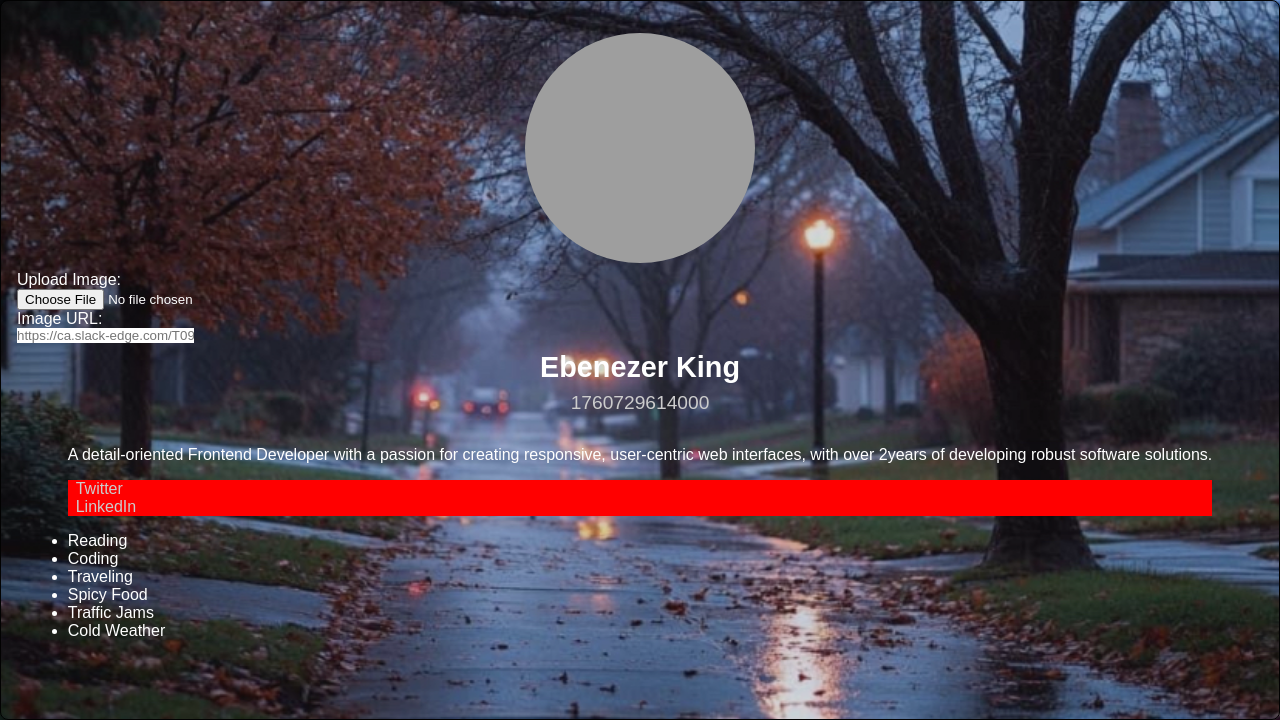
Repository: ebenezertiewei/profileCard
Page: index.html
These files come from the project's save history. The page is drawn as it stood at one moment and after the next save; the edit follows.
The browser window is 1280 px wide. The pictures show the whole page.
Pictures or frames that could not be fetched are drawn as grey boxes.

Above is the page before, as saved 2025-10-17 20:18:24.

### index.html
<!DOCTYPE html>
<html lang="en">
	<head>
		<meta charset="UTF-8" />
		<meta name="viewport" content="width=device-width, initial-scale=1.0" />
		<title>Profile Card</title>
		<link rel="stylesheet" href="style.css" />
	</head>
	<body>
		<!--------------------------------- PROFILE CARD CONTAINER ---------------------------->
		<article data-testid="test-profile-card">
			<!---------------------------------- PROFILE HEADER ---------------------------->
			<section id="profileHeader">
				<figure>
					<img
						src="https://ca.slack-edge.com/T09AMR8A9C3-U09L73CQQ2K-7e805defcf15-512"
						alt="Profile Avatar"
						data-testid="test-user-avatar"
						id="profileAvatar"
					/>
					<!-- <figcaption>Ebenezer King</figcaption> -->
				</figure>
				<section class="imageUploadMethods">
					<!-- image upload -->
					<label for="avatarUpload">Upload Image:</label>
					<input type="file" id="avatarUpload" accept="image/*" />
					<!-- image url -->
					<label for="avatarUrl">Image URL:</label>
					<input
						type="url"
						id="avatarUrl"
						placeholder="https://ca.slack-edge.com/T09AMR8A9C3-U09L73CQQ2K-7e805defcf15-512"
					/>
				</section>
				<h2 data-testid="test-user-name">Ebenezer King</h2>
				<!----------- current time----------->
				<p data-testid="test-user-time"></p>
			</section>
			<!---------------------------------- PROFILE DETAILS ---------------------------->
			<section id="profileDetails">
				<p data-testid="test-user-bio">
					A detail-oriented Frontend Developer with a passion for creating
					responsive, user-centric web interfaces, with over 2years of
					developing robust software solutions.
				</p>
				<!--------------------- social links ------------->
				<nav data-testid="test-user-social-links">
					<ul>
						<li>
							<a
								href="https://x.com/txch_king?s=11&t=o3w1r65yzU2hxbP-LDD1ug"
								target="_blank"
								rel="noopener noreferrer"
								data-testid="test-user-social-twitter"
							>
								Twitter
							</a>
						</li>
						<li>
							<a
								href="https://www.linkedin.com/in/ebenezer-t-093b21320/"
								target="_blank"
								rel="noopener noreferrer"
								data-testid="test-user-social-linkedin"
							>
								LinkedIn
							</a>
						</li>
					</ul>
				</nav>
				<!--------------------- hobbies ------------->
				<section data-testid="test-user-hobbies">
					<h2></h2>
					<ul>
						<li>Reading</li>
						<li>Coding</li>
						<li>Traveling</li>
					</ul>
				</section>
				<!--------------------- dislikes ------------->
				<section data-testid="test-user-dislikes">
					<ul>
						<li>Spicy Food</li>
						<li>Traffic Jams</li>
						<li>Cold Weather</li>
					</ul>
				</section>
			</section>
		</article>

		<!-- javascript link -->
		<script src="script.js"></script>
	</body>
</html>

### style.css
/* ---------------------------------------------------------------- */
/*--------------- Project body general style ---------------*/
html {
	height: 100dvh;
	width: 100dvw;
	font-family: Arial, sans-serif;
	font-size: 1rem;
	font-weight: 400;
}
body {
	background-color: #605a5a;
	background-image: url("./assets/states.jpg");
	background-size: cover;
	background-position: center;
	background-repeat: no-repeat;
	height: 100%;
	width: 100%;
}
* {
	padding: 0;
	margin: 0;
	border: 0;
	box-sizing: border-box;
}

/*--------------------------MOBILE WORKFLOW---------------------*/
/*--------------profile card container -------------------*/
article[data-testid="test-profile-card"] {
	height: 100%;
	width: 100%;
	padding: 1rem;
	background-color: rgba(61, 58, 58, 0.2);
	color: white;
	display: flex;
	flex-direction: column;
	align-items: center;
	border: 1px solid #020202;
	border-radius: 8px;
	box-shadow: 0 2px 4px rgba(0, 0, 0, 0.1);
}

/*-------------  PROFILE HEADER  -------------*/
#profileHeader {
	width: 100%;
	display: flex;
	flex-direction: column;
	padding: 1rem 0;
	/* background-color: orange; */
}
#profileHeader figure {
	display: flex;
	flex-direction: column;
	align-items: center;
	margin-bottom: 0.5rem;
}
/*------------- profile header image -------------*/
#profileHeader img {
	border-radius: 50%;
	width: 230px;
	height: 230px;
	object-fit: cover;
}
/* -------------imageUploadMethods------------ */
.imageUploadMethods {
	display: flex;
	flex-direction: column;
	align-items: start;
}
/*--------------profile name --------------*/
#profileHeader h2 {
	display: flex;
	justify-content: center;
	margin: 0.5rem 0;
	font-size: 1.8rem;
	font-weight: 600;
}
/*-------------- current time --------------*/
#profileHeader p[data-testid="test-user-time"] {
	display: flex;
	justify-content: center;
	/* margin: 0.3rem 0; */
	margin-bottom: 1rem;
	font-size: 1.2rem;
	color: #ccc;
}
/*--------------  PROFILE DETAILS  --------------*/
#profileDetails p[data-testid="test-user-bio"] {
	/* text-align: center; */
	margin-bottom: 1rem;
}
/* ------------------ social links --------------- */
#profileDetails nav[data-testid="test-user-social-links"] {
	display: flex;
	flex-direction: column;
	justify-content: center;
	margin-bottom: 1rem;
	background-color: red;
}
#profileDetails nav[data-testid="test-user-social-links"] ul {
	list-style: none;
}
#profileDetails nav[data-testid="test-user-social-links"] li {
	margin: 0 0.5rem;
}
#profileDetails nav[data-testid="test-user-social-links"] a {
	color: #ccc;
	text-decoration: none;
}
#profileDetails nav[data-testid="test-user-social-links"] a:hover {
	text-decoration: underline;
}

### script.js
// --------------------------------------------------------------------------
// ------------------- current time in milliseconds ----------
window.addEventListener("DOMContentLoaded", () => {
	const timeElement = document.querySelector('[data-testid="test-user-time"]');

	function updateTime() {
		const currentTime = Date.now();
		timeElement.textContent = currentTime;
	}

	updateTime();
	setInterval(updateTime, 1000);
});

// --------------------------------------------------------------------------
// ------------------- avatar image upload and image url upload ----------
window.addEventListener("DOMContentLoaded", () => {
	const avatarImg = document.getElementById("profileAvatar");
	const avatarImgUpload = document.getElementById("avatarUpload");
	const urlImgUpload = document.getElementById("avatarUrl");

	// Update avatar when a file is uploaded
	avatarImgUpload.addEventListener("change", (event) => {
		const file = event.target.files[0];
		if (file) {
			const imageUrl = URL.createObjectURL(file);
			avatarImg.src = imageUrl;

			// optional: revoke URL later to free memory
			avatarImg.onload = () => URL.revokeObjectURL(imageUrl);
		}
	});

	// Update avatar when a URL is entered
	urlImgUpload.addEventListener("input", () => {
		const url = urlImgUpload.value.trim();
		if (url) {
			avatarImg.src = url;
		}
	});
});

After the next save:
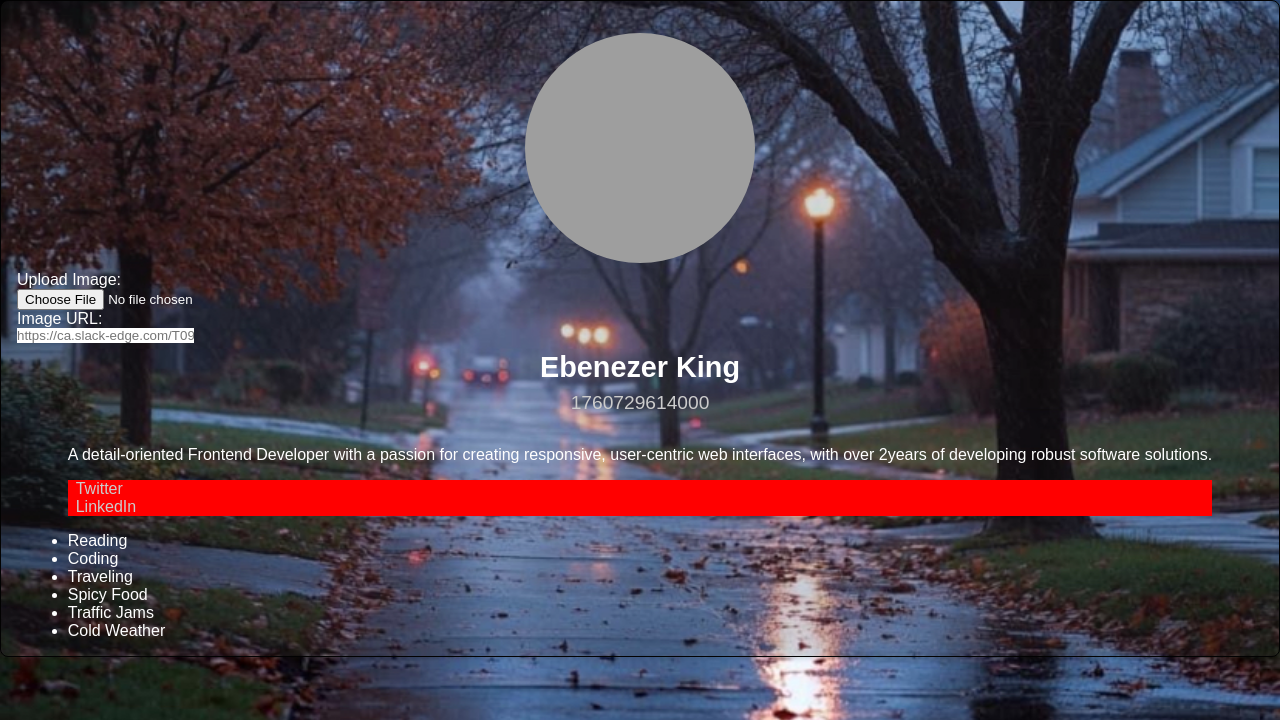
Saved 6 min 39 s later.
--- a/style.css
+++ b/style.css
@@ -1,7 +1,7 @@
 /* ---------------------------------------------------------------- */
 /*--------------- Project body general style ---------------*/
 html {
-	height: 100dvh;
+	/* height: 100dvh; */
 	width: 100dvw;
 	font-family: Arial, sans-serif;
 	font-size: 1rem;
